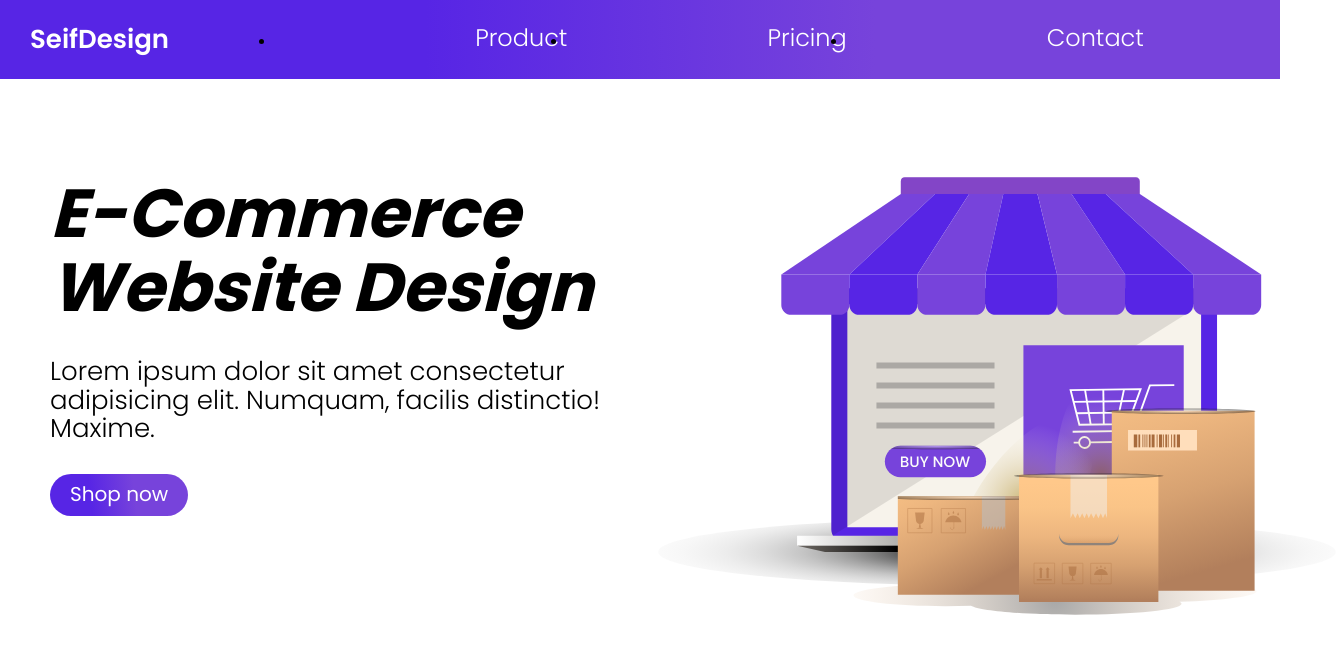
Repository: MehdiKerimov/figma-task-19
Page: pages/homePage/index.html
The author's editor kept a copy of each file at every save. The page is drawn from the files as they stood at one save, then again after the next save.
The browser window is 1280 px wide. The page is 1336 px wide, so the pictures cover 1336 px, including what lies to the right of the window. The pictures show the whole page.
The style sheet was rebuilt from its Sass, Less or Tailwind sources for each picture, by a compiler version that may differ from the author's.

Above is the page before, as saved 2024-01-20 15:46:18.

After the next save:
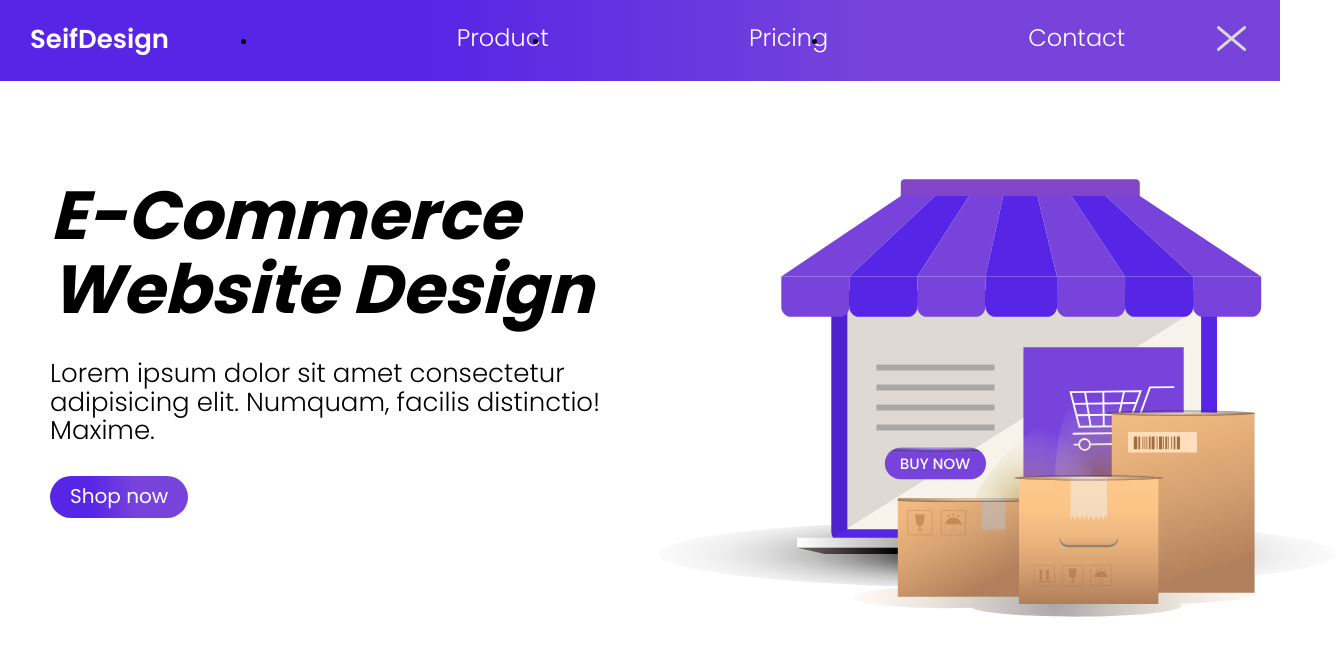
Saved 1 s later.
--- a/pages/homePage/index.html
+++ b/pages/homePage/index.html
@@ -33,7 +33,10 @@
         </button>
 
         <button class="close-btn">
-
+          <svg xmlns="http://www.w3.org/2000/svg" width="37" height="38" viewBox="0 0 37 38" fill="none">
+            <rect x="3.36389" y="29.2425" width="37" height="3" rx="1.5" transform="rotate(-40 3.36389 29.2425)" fill="#D9D9D9"/>
+            <rect x="5.29236" y="5.45935" width="37" height="3" rx="1.5" transform="rotate(40 5.29236 5.45935)" fill="#D9D9D9"/>
+          </svg>
         </button>
       </nav>
       <div class="menu-list">
